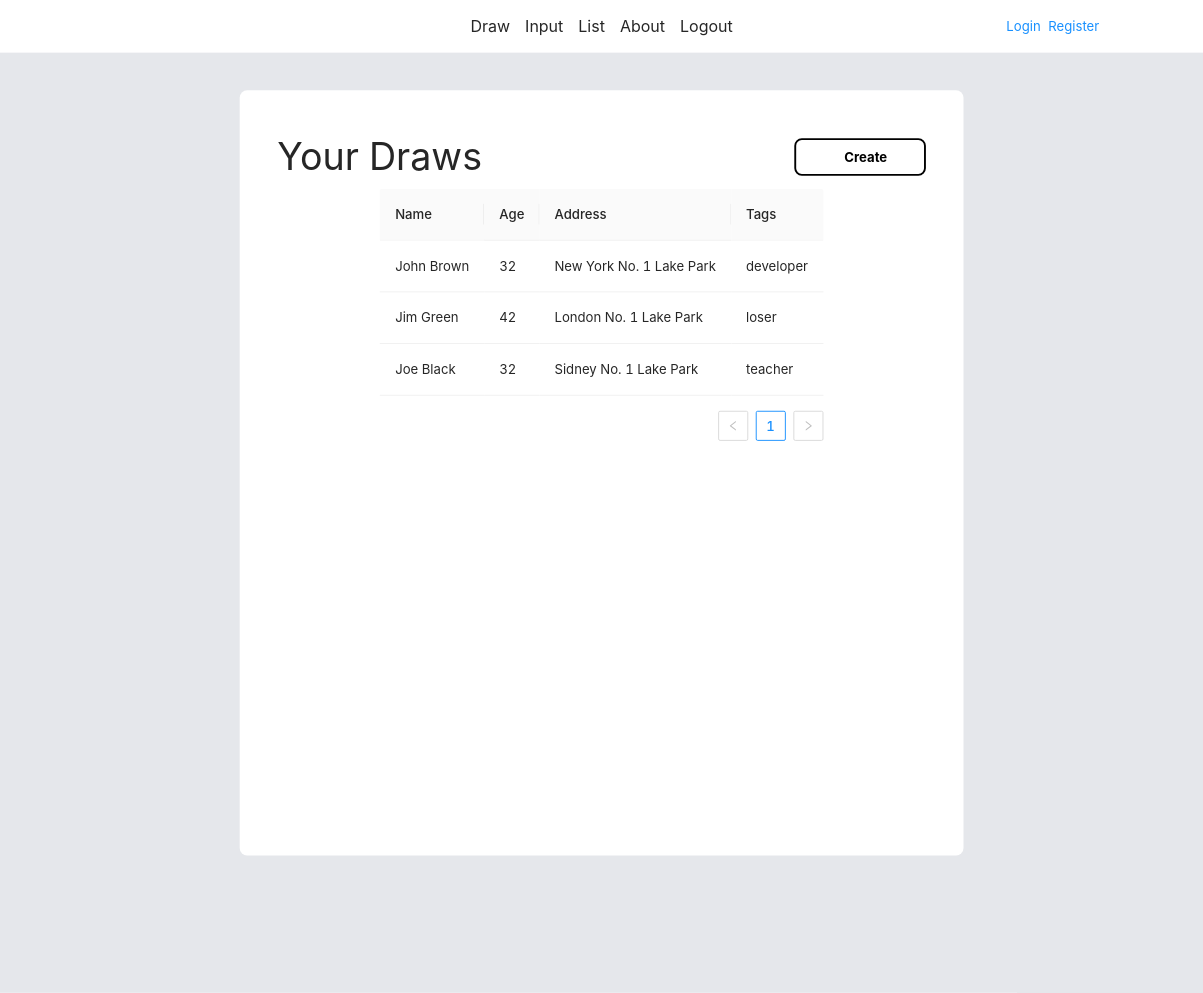
Repository: truongnguyenuit/DrawApp
Page: /draw/list (app in client/)
An editor plug-in stored every save of this project. The page is shown before and after the next save, followed by the edit.
The browser window is 1280 px wide. The pictures show the whole page, at 94% of full size.
The page's requests for data from a server got no answer. The project was rebuilt for these pictures with package versions that can differ from the ones it lists, and the page was loaded fresh each time. The framework's server and built-in components were replaced by stand-ins that run in the browser. No one was signed in, and anything a server would have sent is missing. Also part of the build but not shown: client/next.config.js.

Above is the page before, as saved 2022-08-20 19:01:05.

### client/pages/_app.js
import '../styles/globals.css'
import 'antd/dist/antd.css'
import Layout from '../components/Layout'
import AuthContextProvider from '../contexts/authContext'
import DrawContextProvider from '../contexts/drawContext'

function MyApp({ Component, pageProps }) {
  return (
    <DrawContextProvider>
      <AuthContextProvider>
        <Layout>
          <Component {...pageProps} />
        </Layout>
      </AuthContextProvider>
    </DrawContextProvider>
  )
}

export default MyApp

### client/pages/draw/list.js
import React from 'react'
import { Table, Tag, Space } from "antd"

const columns = [
  {
    title: 'Name',
    dataIndex: 'name',
    key: 'name',
  },
  {
    title: 'Age',
    dataIndex: 'age',
    key: 'age',
  },
  {
    title: 'Address',
    dataIndex: 'address',
    key: 'address',
  },
  {
    title: 'Tags',
    dataIndex: 'tags',
    key: 'tags',

  },

];
const data = [
  {
    key: '1',
    name: 'John Brown',
    age: 32,
    address: 'New York No. 1 Lake Park',
    tags: 'developer',
  },
  {
    key: '2',
    name: 'Jim Green',
    age: 42,
    address: 'London No. 1 Lake Park',
    tags: 'loser',
  },
  {
    key: '3',
    name: 'Joe Black',
    age: 32,
    address: 'Sidney No. 1 Lake Park',
    tags: 'teacher',
  },
];



const list = () => {
  return (
    <div className='flex justify-center bg-gray-200 h-[1000px]'>
      <div className="bg-white w-[770px] h-[814px] mt-[40px] flex flex-col items-center gap-0.5  p-10 rounded-lg">
        <div className='flex justify-between items-center w-full'>
          <span className="text-[40px] font-normal">Your Draws</span>
          <button className='bg-white font-bold w-[140px] h-[40px] text-black rounded-[8px] border-2 border-black'>
            <i className="fa-solid fa-file mr-3"></i>
            Create
          </button>
        </div>
        <Table columns={columns} dataSource={data} />
      </div>


    </div>
  )
}

export default list

### client/components/Layout.js
import Head from 'next/head'
import NavbarMenu from './NavbarMenu'

const Layout = ({ children }) => (

	<div>
		<Head>
			<meta charset='UTF-8' />
			<meta http-equiv='X-UA-Compatible' content='IE=edge' />
			<meta name='viewport' content='width=device-width, initial-scale=1.0' />
			<title>Draw App</title>
      <script src="https://kit.fontawesome.com/cd2089affa.js" crossorigin="anonymous"></script>
		</Head>

		<header>
			<NavbarMenu />
		</header>

		<main>{children}</main>
	</div>
)

export default Layout

### client/contexts/authContext.js
import { createContext, useReducer, useEffect } from "react";
import setAuthToken from "../untils/setAuthToken";
import axios from 'axios'

export const AuthContext = createContext()

const authReducer = (state, action) => {

  const { type, payload: { isAuthenticated, user} } = action

  switch (type) {
    case 'SET_AUTH':
    {
      return {
        ...state,
        authLoading: false,
        isAuthenticated: isAuthenticated,
        user: user
      }
    }
    default:
    {
      return state
    }
  }
}

const AuthContextProvider = ({ children }) => {

  const [authState, dispatch] = useReducer(authReducer, {
    authLoading: true,
    isAuthenticated: false,
    user: null
  })

  useEffect(() => {
    loadUser()
    console.log(authState.isAuthenticated)
  }, [authState.isAuthenticated])

  //Authentication
  const loadUser = async () => {

    if (localStorage['LocalStorageTokenName']) {
      setAuthToken(localStorage['LocalStorageTokenName'])
      try {
        const response = await axios.get(`http://localhost:5000/api/auth`)
        if (response.data.success) {

          dispatch({
            type: 'SET_AUTH',
            payload: { isAuthenticated: true, user: response.data.user }
          })
        }
      } catch (error) {
        localStorage.removeItem('LocalStorageTokenName')
        setAuthToken(null)
        dispatch({
          type: 'SET_AUTH',
          payload: { isAuthenticated: false, user: null }
        })
      }
    }
    else {
      dispatch({
        type: 'SET_AUTH',
        payload: { isAuthenticated: false, user: null }
      })
    }
  }

  // Login
  const loginUser = async userForm => {
    try {

      const response = await axios.post(`http://localhost:5000/api/auth/login`, userForm)
      if (response.data.success)
        localStorage.setItem('LocalStorageTokenName', response.data.accessToken)

      await loadUser()
      return response.data

    } catch (error) {
      if (error.response.data) return error.response.data
      else return { success: false, message: error.message }
    }
  }

  // Register
  const registerUser = async userForm => {
    try {

      const response = await axios.post(`http://localhost:5000/api/auth/register`, userForm)
      if (response.data.success)
        localStorage.setItem('LocalStorageTokenName', response.data.accessToken)

      await loadUser()
      return response.data

    } catch (error) {
      if (error.response.data) return error.response.data
      else return { success: false, message: error.message }
    }
  }

  // Context data
  const authContextData = { authState, loginUser, registerUser}

  // Return provider
  return (
    <AuthContext.Provider value={authContextData}>
      {children}
    </AuthContext.Provider>
  )
}
export default AuthContextProvider

### client/contexts/drawContext.js
import { createContext, useReducer, useEffect } from 'react'

import axios from 'axios'

export const DrawContext = createContext()

export const drawReducer = (state, action) => {

  const { type, payload } = action

  switch (type) {
    case 'POSTS_LOADED_SUCCESS':
      return {
        ...state,
        posts: payload,
        postsLoading: false,
      }
    case 'ADD_BLOG':
      return {
        ...state,
        posts: [...state.posts, payload]
      }
    case 'UPDATE_POST':
      const newPosts = state.posts.map(post =>
        post._id === payload._id ? payload : post
      )
      return {
        ...state,
        posts: newPosts
      }

    default:
      return state

  }
}

const DrawContextProvider = ({ children }) => {
  // State
  const [drawState, dispatch] = useReducer(drawReducer, {
    post: null,
    posts: [],
    postsLoading: true
  })

  useEffect(() => {
    getDraws()
  }, [drawState.postsLoading])


  // Get user posts
  const getDraws = async () => {
    try {
      const response = await axios.get(`http://localhost:5000/api/posts`)
      if (response.data.success) {

        dispatch({
          type: 'POSTS_LOADED_SUCCESS',
          payload: response.data.posts
        })
      }
    } catch (error) {
      dispatch({ type: 'POSTS_LOADED_FAIL' })
    }
  }

  // Add post
  const addDraw = async newBlog => {
    try {
      const response = await axios.post(`http://localhost:5000/api/posts`, newBlog)
      if (response.data.success) {
        dispatch({
          type: 'ADD_POST',
          payload: { post: response.data.post }
        })
        return response.data
      }
    } catch (error) {
      return error.response.data
        ? error.response.data
        : { success: false, message: 'Server error' }
    }
  }

  // Update post
  const updateDraw = async updatedPost => {
    try {
      const response = await axios.put(
        `http://localhost:5000/api/posts/${updatedPost._id}`,
        updatedPost
      )
      if (response.data.success) {
        dispatch({ type: 'UPDATE_POST', payload: response.data.post })
        return response.data.message
      }
    } catch (error) {
      return error.response.data
        ? error.response.data
        : { success: false, message: 'Server error' }
    }
  }

  // Post context data
  const drawContextData = {
    drawState,
    addDraw,
    getDraws,
    updateDraw,

  }

  return (
    <DrawContext.Provider value={drawContextData}>
      {children}
    </DrawContext.Provider>
  )
}

export default DrawContextProvider

### client/components/NavbarMenu.js

import Link from 'next/link'
import { Row, Col } from "antd"

const NavigateRouter = [
  {
    path: '/draw/draw',
    name: "Draw",
  },
  {
    path: '/draw/input',
    name: "Input",
  },
  {
    path: '/draw/list',
    name: "List"
  },
  {
    path: '',
    name: "About"
  },
  {
    path: '',
    name: "Logout",
  }
];

const NavbarMenu = () => {
  return (
    <div className="bg-white">
      <Row >

        <Col span={6} className="h-14">
          <div className="flex justify-center items-center text-[20px] gap-2 h-14">
            <i className="fa-brands fa-facebook-square cursor-pointer"></i>
            <i className="fa-brands fa-twitter-square cursor-pointer"></i>
            <i className="fa-brands fa-instagram-square cursor-pointer"></i>
            <i className="fa-brands fa-pinterest-square cursor-pointer"></i>

          </div>
        </Col>

        <Col span={12} className="h-14">
          <nav>
            <ul className="flex justify-center items-center text-[17px] gap-4 h-14">
              {NavigateRouter.map((item, index) => {
                return (
                  <li key={index}>
                    <Link href={item.path} passHref>
                      <span className='cursor-pointer'>
                        {item.name}
                      </span>
                    </Link>
                  </li>
                );

              })}
            </ul>
          </nav>
        </Col>

        <Col span={6} className="h-14">
          <div className="flex justify-center items-center gap-2 h-14">
            <Link href={"/auth/login"}>
              Login
            </Link>
            <Link href={'/auth/register'}>
              Register
            </Link>
          </div>
        </Col>

      </Row>
    </div>
  )
}

export default NavbarMenu

### client/untils/setAuthToken.js
import axios from "axios";

const setAuthToken = token => {
  if (token) {
    axios.defaults.headers.common['Authorization'] = `Bearer ${token}`
  } else {
    delete axios.defaults.headers.common['Authorization']
  }
}

export default setAuthToken

Loaded but not shown: client/styles/globals.css (common file); client/tailwind.config.js (common file)

After the next save:
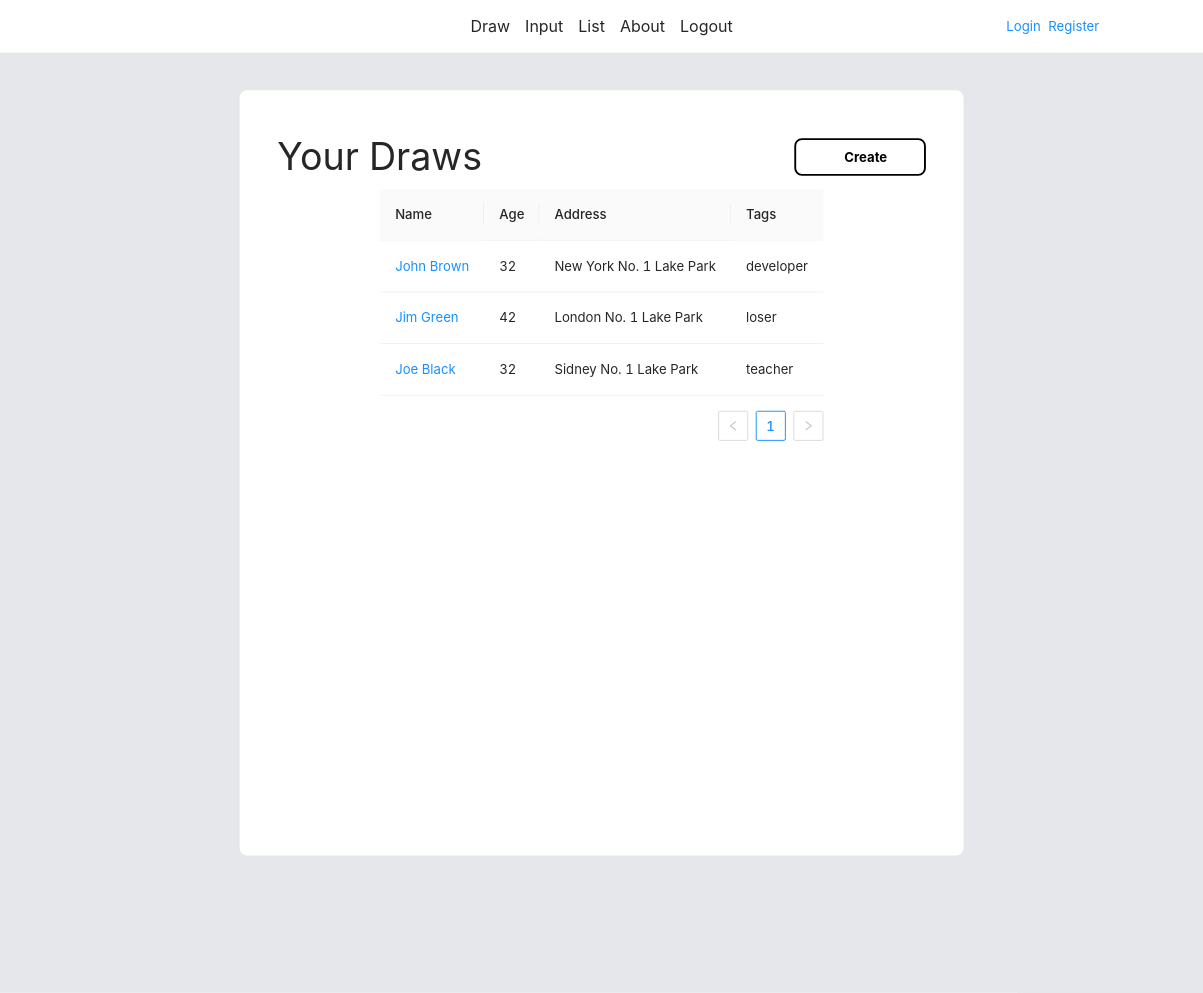
Saved 2 h 33 min later.
--- a/client/pages/draw/list.js
+++ b/client/pages/draw/list.js
@@ -6,6 +6,7 @@ const columns = [
     title: 'Name',
     dataIndex: 'name',
     key: 'name',
+    render: text => <a>{text}</a>,
   },
   {
     title: 'Age',
